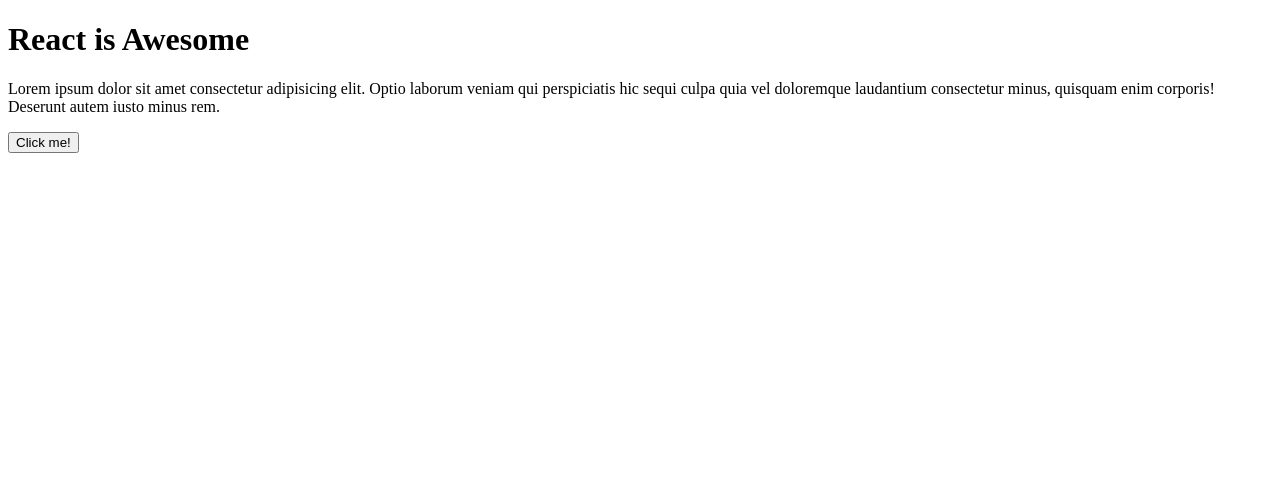
Repository: Jinontheclock/COMP3170_Assignment
Page: /
These files come from the project's save history. The page is drawn as it stood at one moment and after the next save; the edit follows.
The browser window is 1280 px wide. The pictures show the whole page.
The project was rebuilt for these pictures with package versions that can differ from the ones it lists, and the page was loaded fresh each time. Also part of the build but not shown: vite.config.js, src/index.css.

Above is the page before, as saved 2025-09-08 15:48:03.

### index.html
<!doctype html>
<html lang="en">
  <head>
    <meta charset="UTF-8" />
    <meta name="viewport" content="width=device-width, initial-scale=1.0" />
    <title>HAJIN A01403665</title>
  </head>
  <body>
    <div id="root"></div>
    <script type="module" src="/src/main.jsx"></script>
  </body>
</html>

### src/main.jsx
import React from "react";
import ReactDOM from "react-dom/client";
import App from "./App";
import "./index.css";
import books from "../data/books.json"

ReactDOM.createRoot(document.getElementById("root")).render(
  <React.StrictMode>
    <App />
  </React.StrictMode>
);

### src/App.jsx
function App(){
  return (
    <div>
      <Excerpt />

    </div>
  )
}

function Excerpt(){
  return (
        <div>
      <h1>React is Awesome</h1>
      <p>Lorem ipsum dolor sit amet consectetur adipisicing elit. Optio laborum veniam qui perspiciatis hic sequi culpa quia vel doloremque laudantium consectetur minus, quisquam enim corporis! Deserunt autem iusto minus rem.</p>
      <button>Click me!</button>
    </div>)
}

export default App;

### data/books.json
[
    {
      "title": "Effective JavaScript",
      "subtitle": "68 Specific Ways to Harness the Power of JavaScript",
      "isbn13": "9780321812186",
      "price": "$21.99",
      "image": "https://itbook.store/img/books/9780321812186.png",
      "url": "https://itbook.store/books/9780321812186",
      "publisher": "Addison-Wesley",
      "language": "English"
    },
    {
      "title": "Beginning JavaScript, 3nd Edition",
      "subtitle": "The Ultimate Guide to Modern JavaScript Development",
      "isbn13": "9781484243947",
      "price": "$19.02",
      "image": "https://itbook.store/img/books/9781484243947.png",
      "url": "https://itbook.store/books/9781484243947",
      "publisher": "Apress",
      "language": "English"
    },
    {
      "title": "Learn Enough JavaScript to Be Dangerous",
      "subtitle": "Write Programs, Publish Packages, and Develop Interactive Websites with JavaScript",
      "isbn13": "9780137843749",
      "price": "$31.98",
      "image": "https://itbook.store/img/books/9780137843749.png",
      "url": "https://itbook.store/books/9780137843749",
      "publisher": "Addison-Wesley",
      "language": "English"
    },
    {
      "title": "Test-Driven JavaScript Development",
      "subtitle": "",
      "isbn13": "9780321683915",
      "price": "$10.29",
      "image": "https://itbook.store/img/books/9780321683915.png",
      "url": "https://itbook.store/books/9780321683915",
      "publisher": "Addison-Wesley",
      "language": "English"
    },
    {
      "title": "Learning JavaScript",
      "subtitle": "A Hands-On Guide to the Fundamentals of Modern JavaScript",
      "isbn13": "9780321832740",
      "price": "$8.99",
      "image": "https://itbook.store/img/books/9780321832740.png",
      "url": "https://itbook.store/books/9780321832740",
      "publisher": "Addison-Wesley",
      "language": "English"
    },
    {
      "title": "jQuery and JavaScript Phrasebook",
      "subtitle": "",
      "isbn13": "9780321918963",
      "price": "$14.48",
      "image": "https://itbook.store/img/books/9780321918963.png",
      "url": "https://itbook.store/books/9780321918963",
      "publisher": "Addison-Wesley",
      "language": "English"
    },
    {
      "title": "JavaScript: The Good Parts",
      "subtitle": "Unearthing the Excellence in JavaScript",
      "isbn13": "9780596517748",
      "price": "$4.37",
      "image": "https://itbook.store/img/books/9780596517748.png",
      "url": "https://itbook.store/books/9780596517748",
      "publisher": "O'Reilly",
      "language": "English"
    },
    {
      "title": "Head First JavaScript",
      "subtitle": "A Learner's Companion to JavaScript",
      "isbn13": "9780596527747",
      "price": "$7.72",
      "image": "https://itbook.store/img/books/9780596527747.png",
      "url": "https://itbook.store/books/9780596527747",
      "publisher": "O'Reilly",
      "language": "English"
    },
    {
      "title": "High Performance JavaScript",
      "subtitle": "Build Faster Web Application Interfaces",
      "isbn13": "9780596802790",
      "price": "$19.59",
      "image": "https://itbook.store/img/books/9780596802790.png",
      "url": "https://itbook.store/books/9780596802790",
      "publisher": "O'Reilly",
      "language": "English"
    },
    {
      "title": "Building iPhone Apps with HTML, CSS, and JavaScript",
      "subtitle": "Making App Store Apps Without Objective-C or Cocoa",
      "isbn13": "9780596805784",
      "price": "$5.00",
      "image": "https://itbook.store/img/books/9780596805784.png",
      "url": "https://itbook.store/books/9780596805784",
      "publisher": "O'Reilly",
      "language": "English"
    }

  ]

After the next save:
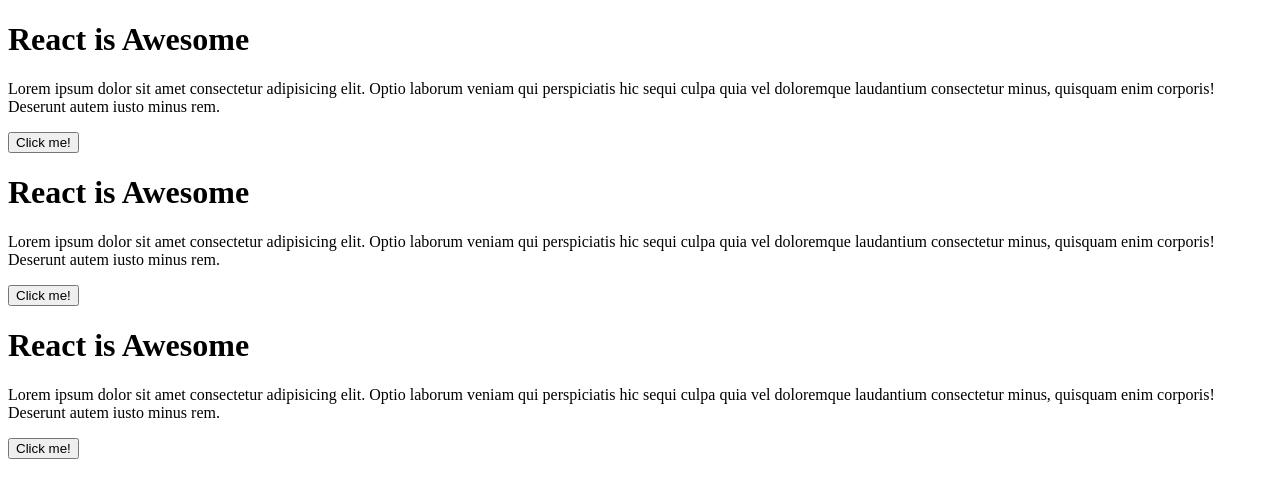
Saved 6 s later.
--- a/src/App.jsx
+++ b/src/App.jsx
@@ -2,6 +2,8 @@
   return (
     <div>
       <Excerpt />
+       <Excerpt />
+        <Excerpt />
 
     </div>
   )
